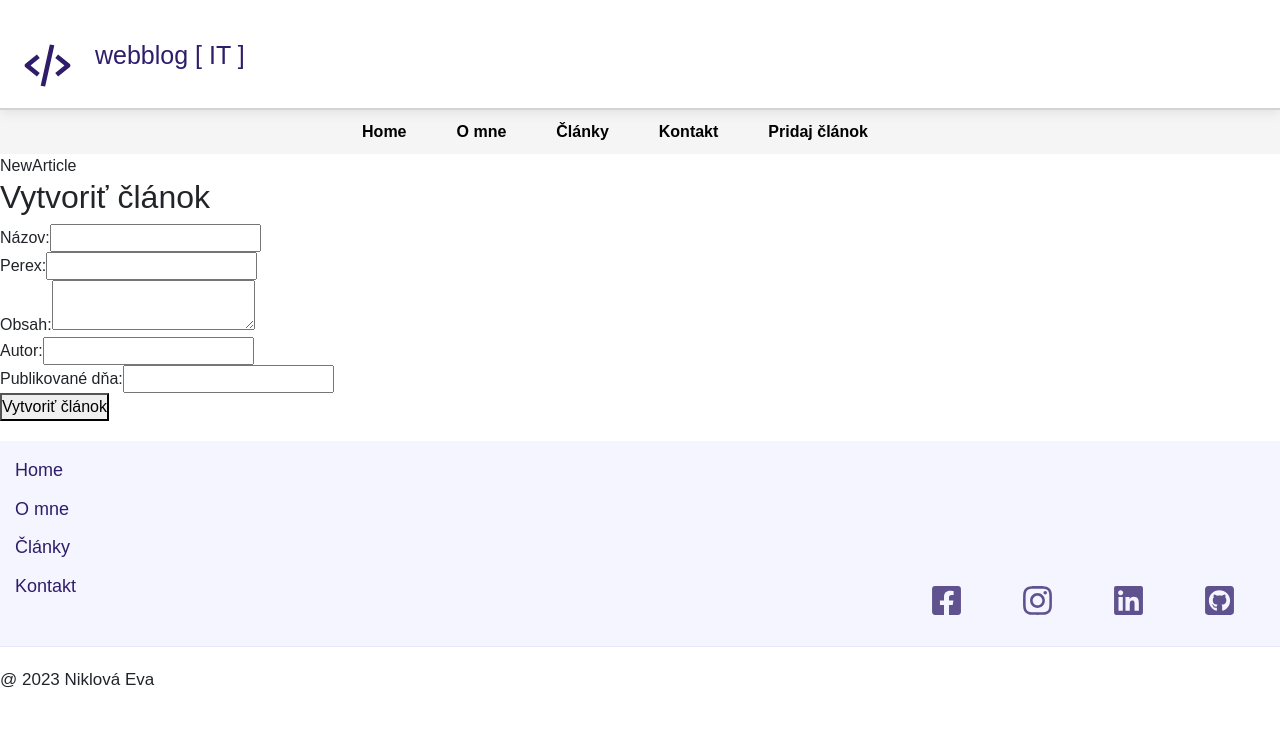
Repository: eniklova/github-bl
Page: /newarticel
These files come from the project's save history. The page is drawn as it stood at one moment and after a run of saves; the edit follows.
The browser window is 1280 px wide. The pictures show the whole page.
Some web fonts or font styles are not loaded; a fallback is used. The project was rebuilt for these pictures with package versions that can differ from the ones it lists, and the page was loaded fresh each time. Also part of the build but not shown: src/services/api.js, src/components/ArticleList.js, src/components/HeroSlider.css, src/components/HeroSlider.js, src/pages/Home.js, src/pages/Aboutme.js, src/data.js, src/pages/Articles.js and 2 more.

Above is the page before, as saved 2023-10-09 14:35:08.

### public/index.html
<!DOCTYPE html>
<html lang="cs">
<head>
    <meta charset="UTF-8">
    <meta http-equiv="X-UA-Compatible" content="IE=edge">
    <meta name="viewport" content="width=device-width, initial-scale=1.0">
    <link rel="stylesheet" href="https://use.typekit.net/ovu8btr.css">
    <title>Document</title>
</head>
<body>
    <div id="result">

    </div>
</body>
</html>

### src/index.js
import { createRoot } from 'react-dom/client';
import 'bootstrap/dist/css/bootstrap.min.css';

import './index.css';
import App from './App';


const container = document.getElementById('result')
const root = createRoot(container)
root.render(<App tab="home" />)

### src/App.js
import {BrowserRouter, Routes, Route} from "react-router-dom"
import Home from "./pages/Home"
import Aboutme from "./pages/Aboutme"
import Articles from "./pages/Articles"
import Kontakt from "./pages/Kontakt"
import Error from "./pages/Error"
import NewArticel from "./pages/NewArticel"
import SharedLayout from "./pages/SharedLayout"
import OneArticel from "./components/OneArticel"


const App = () =>  {
  return  <BrowserRouter>
    <Routes>

      <Route path="/" element={ <SharedLayout /> } >
        <Route index element={ <Home /> }  />
        <Route path="/aboutme" element={ <Aboutme /> } />
        <Route path="/articles" element={ <Articles />} />
        <Route path="/all-articles/:articleID" element={ <OneArticel />} />
        <Route path="/kontakt" element={ <Kontakt />} />
        <Route path="/newarticel" element={ <NewArticel />} />
        <Route path="*" element={ <Error /> }/>
      </Route>

    </Routes>
  </BrowserRouter>
}

export default App

### src/pages/NewArticel.js
import React from 'react';
import ArticleForm from '../components/OneArticel';

function NewArticle() {
  return (
    <div>
      <div>NewArticle</div>
      <ArticleForm />
    </div>
  );
}

export default NewArticle;

### src/pages/SharedLayout.js
import { Outlet } from "react-router-dom";
import Navbar from "../components/Navbar";
import Footer from "../components/Footer";


const SharedLayout = () => {
  return <>
        <Navbar/>
        <Outlet/>
        <Footer/>
    </>
 }

export default SharedLayout

### src/components/OneArticel.js
import React, { useState } from 'react';

function ArticleForm() {
  const [formData, setFormData] = useState({
    title: '',
    perex: '',
    content: '',
    author: '',
    published_at: '',
  });

  const handleChange = (e) => {
    const { name, value } = e.target;
    setFormData({
      ...formData,
      [name]: value,
    });
  };

  const handleSubmit = async (e) => {
    e.preventDefault();

    const headers = {
      'Content-Type': 'application/json',
      Accept: 'application/json',
    };

    try {
      const response = await fetch('https://test-api-79d35.ondigitalocean.app/article', {
        method: 'POST',
        headers: headers,
        body: JSON.stringify(formData),
      });

      if (response.ok) {
        console.log('Článok bol úspešne vytvorený');
      } else {
        console.error('Chyba pri vytváraní článku');
      }
    } catch (error) {
      console.error('Chyba pri komunikácii s API:', error);
    }
  };

  return (
    <div>
      <h2>Vytvoriť článok</h2>
      <form onSubmit={handleSubmit}>
        <div>
          <label htmlFor="title">Názov:</label>
          <input
            type="text"
            id="title"
            name="title"
            value={formData.title}
            onChange={handleChange}
          />
        </div>
        <div>
          <label htmlFor="perex">Perex:</label>
          <input
            type="text"
            id="perex"
            name="perex"
            value={formData.perex}
            onChange={handleChange}
          />
        </div>
        <div>
          <label htmlFor="content">Obsah:</label>
          <textarea
            id="content"
            name="content"
            value={formData.content}
            onChange={handleChange}
          />
        </div>
        <div>
          <label htmlFor="author">Autor:</label>
          <input
            type="text"
            id="author"
            name="author"
            value={formData.author}
            onChange={handleChange}
          />
        </div>
        <div>
          <label htmlFor="published_at">Publikované dňa:</label>
          <input
            type="text"
            id="published_at"
            name="published_at"
            value={formData.published_at}
            onChange={handleChange}
          />
        </div>
        <div>
          <button type="submit">Vytvoriť článok</button>
        </div>
      </form>
    </div>
  );
}

export default ArticleForm;

### src/components/Navbar.js
import { NavLink } from "react-router-dom";
import { GiHamburgerMenu } from "react-icons/gi";
import { BiCodeAlt } from "react-icons/bi";
import "./Navbar.css";
import { useState } from "react";

const Navbar = () => {
  const [ showMenu, setShowMenu ] = useState(false)



  return (
    <header className="header">
      <div className="navigation">
        <div className="nav-header">
          <i className="logo-icon">
            <BiCodeAlt />
          </i>
          <h1 className="logo-title">
            <a href="/" rel="home">webblog [ IT ]</a>
          </h1>
          <button onClick={() => setShowMenu(!showMenu) }>
            <GiHamburgerMenu className="hamburger-icon" />
          </button>
        </div>
      </div>

      <div className={`${showMenu ? "nav-menu show" : "nav-menu hide"}`}>

        <NavLink to="/" className={ ({isActive}) => isActive ? "activeLink link" : "nonactiveLink link"}>Home</NavLink>
        <NavLink to="aboutme" className={ ({isActive}) => isActive ? "activeLink link" : "nonactiveLink link"}>O mne</NavLink>
        <NavLink to="articles" className={ ({isActive}) => isActive ? "activeLink link" : "nonactiveLink link"}>Články</NavLink>
        <NavLink to="kontakt" className={ ({isActive}) => isActive ? "activeLink link" : "nonactiveLink link"}>Kontakt</NavLink>
        <NavLink to="newarticle" className={ ({isActive}) => isActive ? "activeLink link" : "nonactiveLink link"}>Pridaj článok</NavLink>
      </div>
    </header>
  );
}

export default Navbar;

### src/components/Footer.js
import "./Footer.css"
import { NavLink } from "react-router-dom";
import { FaFacebookSquare, FaGithubSquare, FaInstagram, FaLinkedin } from 'react-icons/fa';





const Footer = () => {
    return <footer>
    <section className="footer">
        <div className="social">
        <a href="https://www.facebook.com/niklova/"><FaFacebookSquare className="icon-facebook"></FaFacebookSquare></a>
        <a href="https://www.instagram.com/e.nial/"><FaInstagram className="icon-instagram"></FaInstagram></a>
        <a href="https://www.linkedin.com/in/eva-niklov%C3%A1-b4b381272/"><FaLinkedin className="icon-linkedin"></FaLinkedin></a>
        <a href="https://github.com/eniklova"><FaGithubSquare className="icon-github"></FaGithubSquare></a>
      </div>

      <ul className="list">
          <li>
            <NavLink to="/">Home</NavLink>
          </li>
          <li>
            <NavLink to="aboutme">O mne</NavLink>
          </li>
          <li>
            <NavLink to="articles">Články</NavLink>
          </li>
          <li>
            <NavLink to="aboutme">Kontakt</NavLink>
          </li>

        </ul>

    </section>

    <p className="copyright">
    @ 2023  Niklová Eva
    </p>
    </footer>


  }


export default Footer;

### src/components/Navbar.css
* {
    margin: 0;
    padding: 0;
    box-sizing: border-box;
    font-family: "muli", sans-serif;
    font-style: normal;
  }

  /* Do 700px */
  nav {
    background-color: white;
  }

  .navigation {
    display: flex;
    flex-direction: row;
    justify-content: space-between;
    align-items: center;
    box-shadow: 0 4px 10px rgba(0, 0, 0, 0.08);
    border-bottom: 2px solid #0000002c;
    }

  .nav-header {
    display: flex;
    flex-direction: row;
    justify-content: space-between;
    align-items: center;
    min-height: 70px;
  }

  .logo-icon {
    font-size: 55px;
    padding: 5px;
    color: #2F1C6A;
    margin: 15px 0px 0px 15px;
  }

  .logo-title a {
    margin: 25px 10px 15px 10px;
    font-size: 25px;
    padding: 5px;
    color: #2F1C6A;
    text-decoration: none;
  }

  .nav-header button {
    display: none;
  }

  .nav-menu {
    display: flex;
    background-color: rgba(169, 169, 169, 0.119);
    flex-direction: row;
    justify-content: center;
    align-items: center;
    padding: 10px;
  }

  .nav-menu a {
    margin-right: 50px;
    font-family: "muli", sans-serif;
    font-weight: bold;
    text-decoration: none;
    }

  .activeLink {
    color: #2F1C6A;
  }


  .nonactiveLink {
    color: black
  }


  @media (max-width: 700px) {
    .navigation {
      flex-direction: column;
      justify-content: center;
      align-items: flex-start;
    }

    .nav-menu {
      width: 100%;
      padding: 10px 5px;
      flex-direction: column;
    }

    .nav-menu a {
      width: 100%;
      margin-right: 0;
      margin-bottom: 10px;
    }

    .nav-header button {
      display: block;
      background-color: transparent;
      border: none;
    }

    .nav-header {
      width: 100%;
    }

    .hamburger-icon {
      color: #301c6a61;
      font-size: 25px;
      margin-right: 20px;
    }

  .hide {
  height: 0px;
  overflow: hidden;
  transition: all 0.1s linear;
  }

  .show {
    height: 150px;
    transition: all 0.1s linear;
  }
  }

### src/components/Footer.css


.footer {
    padding: 25px 0;
    margin-top: 20px;
    background-color: #f4f5ff;
    display: flex;
    justify-content: space-between;
    align-items: flex-end;
    position: relative;
}

.footer .social {
    position: absolute;
    transition: height 600ms ease 0s;
    overflow: hidden;
    max-width: 600px;
    text-align: right;
    padding-bottom: 15px;
    color: #2F1C6A;
    right: 15px;
    bottom: 15px;
}

.footer .social a {
    font-size: 33px;
    color: inherit;
    width: 35px;
    height: 20px;
    line-height: 30px;
    display: inline-block;
    text-align: center;
    margin: 0 28px;
    opacity: 0.75;
}

.footer .social a:hover {
    opacity: 1.75;
}

.footer ul {
    margin-top: 0;
    padding: 0;
    list-style: none;
    font-size: 18px;
    line-height: 1.6;
    margin-bottom: 0;
    text-align: left;
    color: #2F1C6A;
    position: relative;
    left: 15px;
    bottom: 15px;
}

.footer ul li a {
    color: inherit;
    text-decoration: none;
    opacity: 1.75;
}

.footer ul li {
    display: block;
    padding: 5px 0;
}

.footer ul li a:hover {
    opacity: 1;
}

.copyright {
    text-align: center;
    font-size: 17px;
    display: flex;
    flex-wrap: wrap;
    border-top: solid 1px rgba(140, 133, 255, 0.2);
    padding: 20px 0;
    justify-content: space-between;
}

Loaded but not shown: src/index.css (common file)

After the next 4 saves:
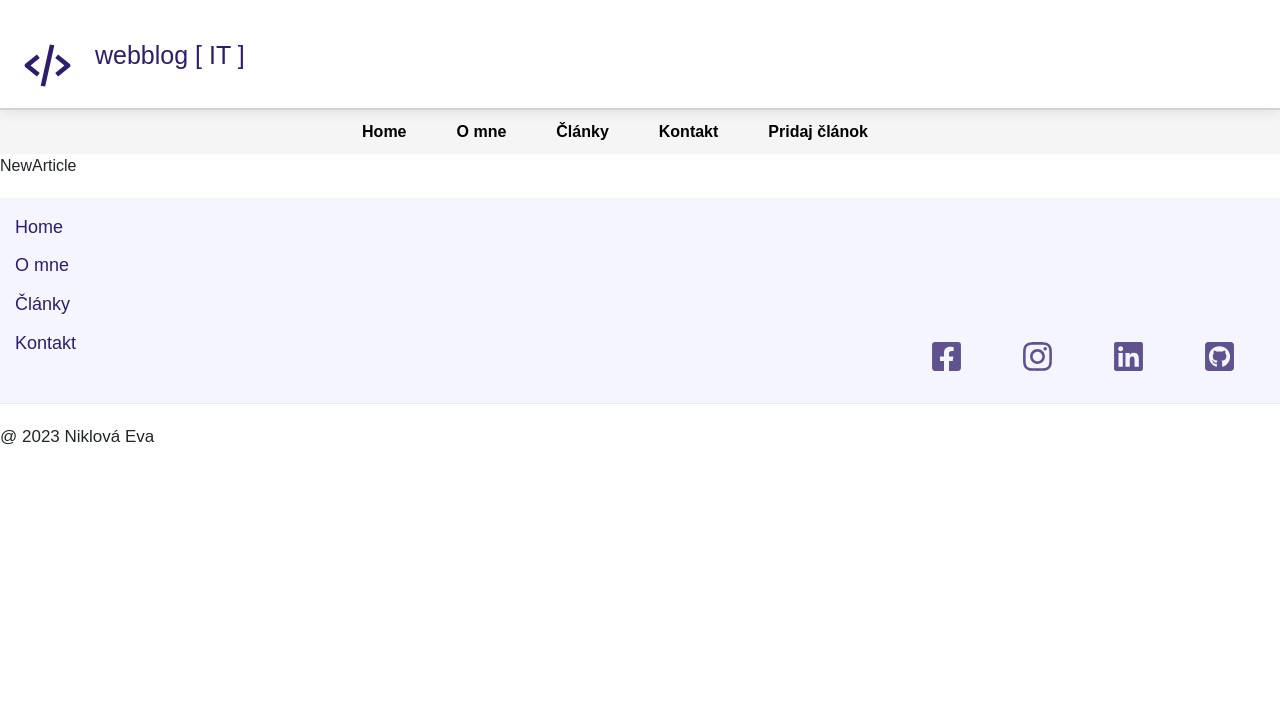
The 4 saves are shown as one change because 2 did not build or start and some came seconds apart.
The last was saved 7 min 0 s later.
--- a/src/pages/NewArticel.js
+++ b/src/pages/NewArticel.js
@@ -5,7 +5,7 @@ function NewArticle() {
   return (
     <div>
       <div>NewArticle</div>
-      <ArticleForm />
+
     </div>
   );
 }
